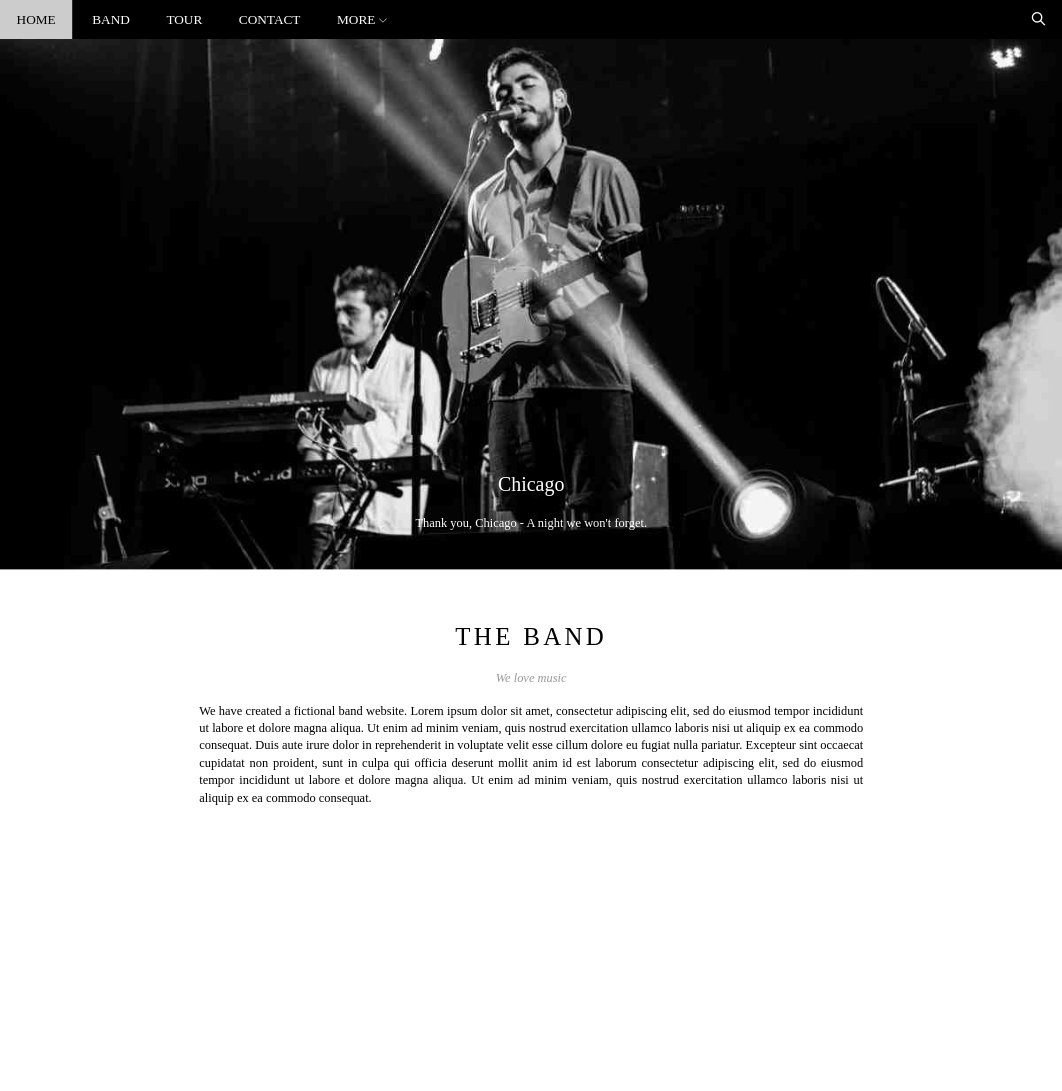
Repository: Dino0411/Dino0411.github.io
Page: index.html
The author's editor kept a copy of each file at every save. The page is drawn from the files as they stood at one save, then again after the next save.
The browser window is 1280 px wide. The pictures show the whole page, at 83% of full size.

Above is the page before, as saved 2021-10-04 11:47:32.

After the next save:
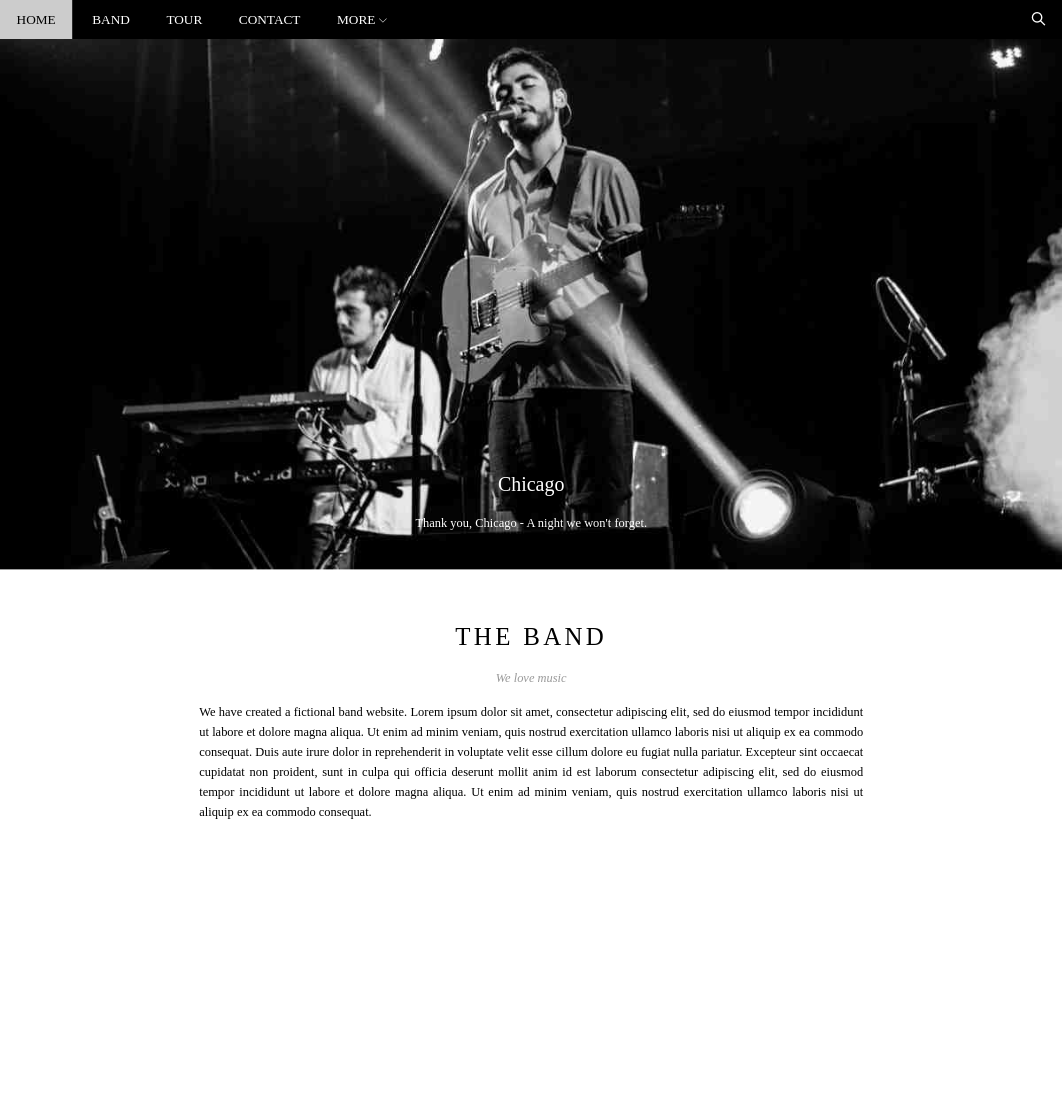
Saved 17 s later.
--- a/assets/css/style.css
+++ b/assets/css/style.css
@@ -138,7 +138,7 @@
   font-size: 15px;
   margin-top: 20px;
   text-align: justify;
-  line-height: 1.4;
+  line-height: 1.6;
 }
 #footer {
 }

After the save that followed:
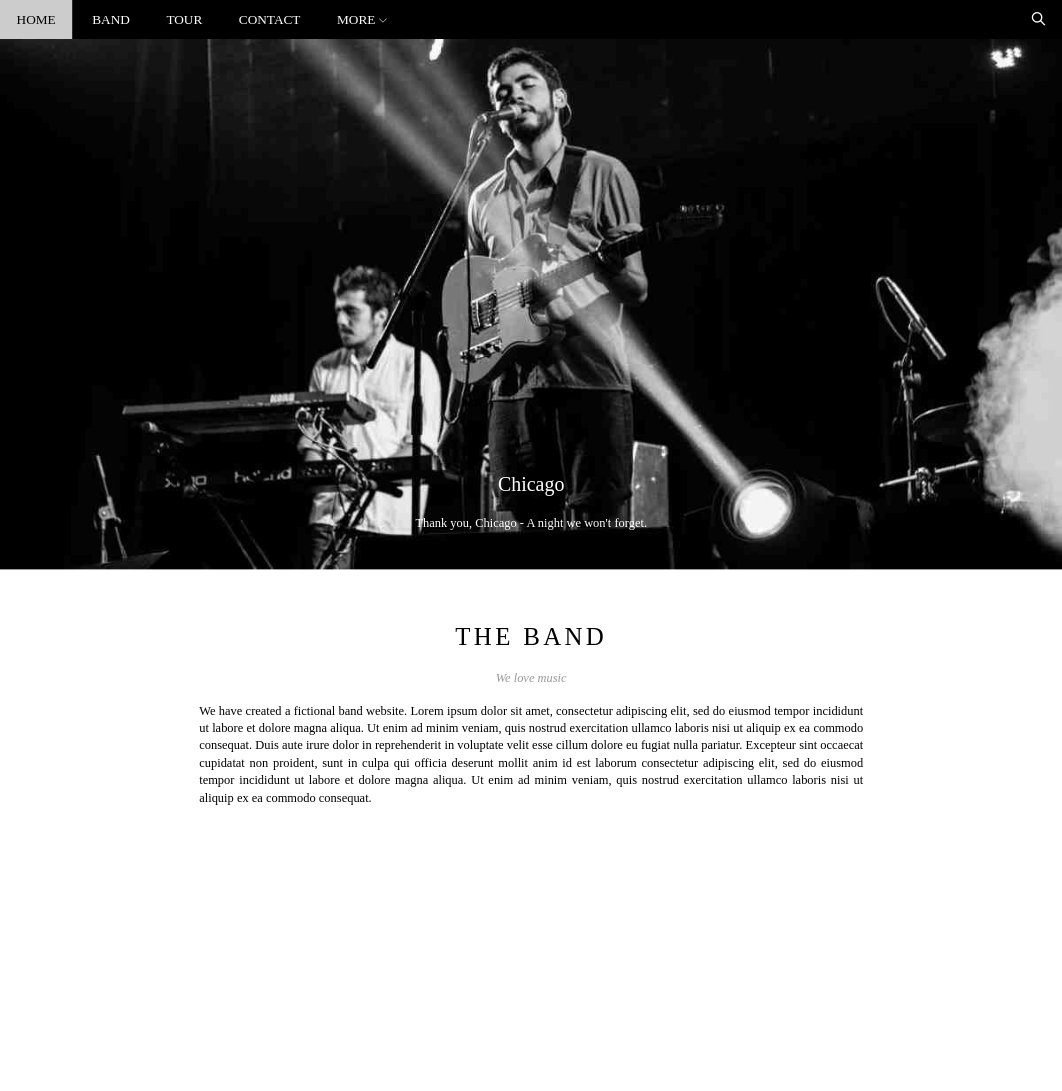
Saved 8 s later.
--- a/assets/css/style.css
+++ b/assets/css/style.css
@@ -138,7 +138,7 @@
   font-size: 15px;
   margin-top: 20px;
   text-align: justify;
-  line-height: 1.6;
+  line-height: 1.4;
 }
 #footer {
 }
